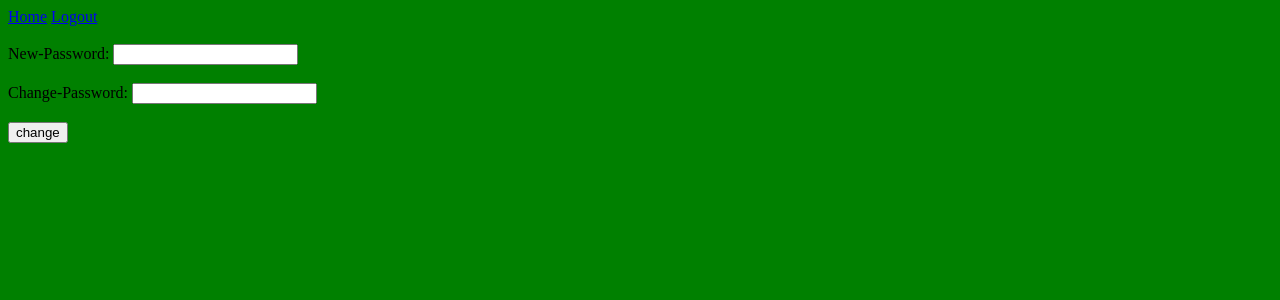
Repository: pawankumarsharm/UST_JDBC_SERVLET
Page: jdbc/empwebapp/WebContent/changepassword.html
The author's editor kept a copy of each file at every save. The page is drawn from the files as they stood at one save, then again after the next save.
The browser window is 1280 px wide. The pictures show the whole page.

Above is the page before, as saved 2019-11-15 09:14:13.

After the next save:
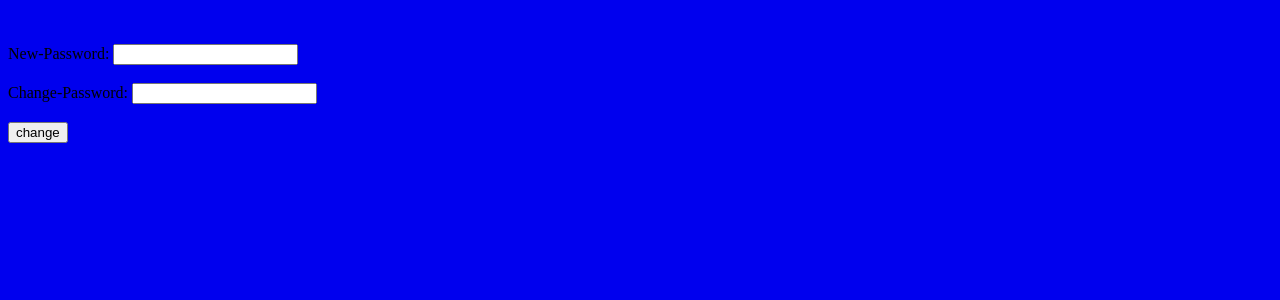
Saved 23 s later.
--- a/jdbc/empwebapp/WebContent/changepassword.html
+++ b/jdbc/empwebapp/WebContent/changepassword.html
@@ -4,7 +4,7 @@
 <meta charset="ISO-8859-1">
 <title>Insert title here</title>
 </head>
-<body bgcolor="green">
+<body bgcolor="light-green">
 <form action="">
 		<a href="#" style="align-left">Home</a>  <a href="#" style="align-right">Logout</a><br><br>
 		New-Password: <input name="password" type="text"><br><br>
